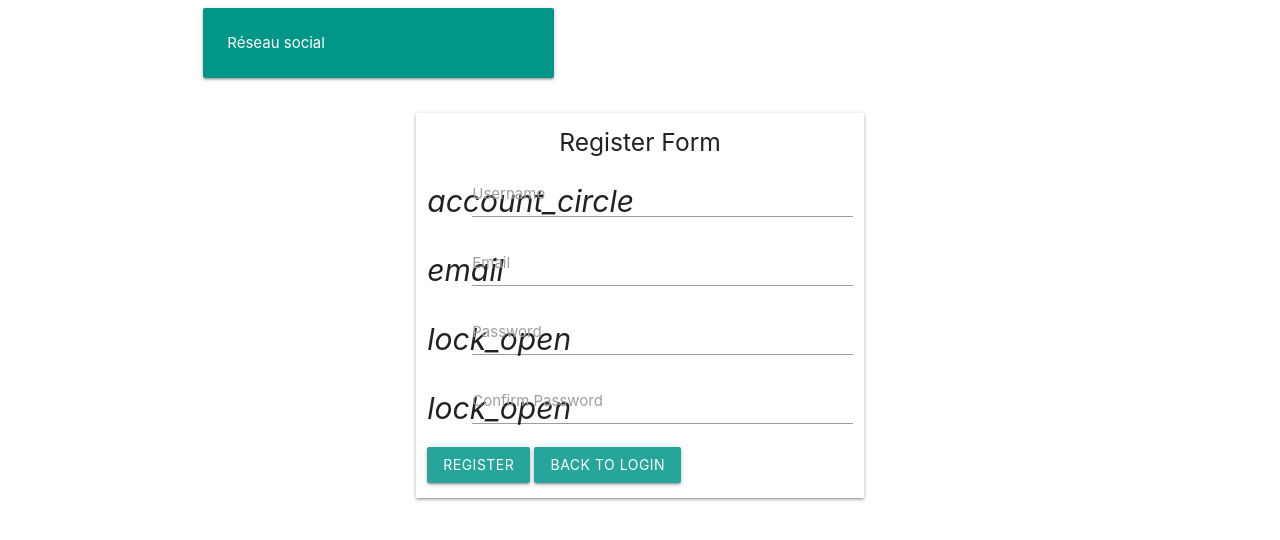
Repository: thdal/Atelier_JEE_16_02
Page: http://localhost/Atelier_JEE_16_02/WEB-INF/pages/connexion/FormRegister.jsp
The author's editor kept a copy of each file at every save. The page is drawn from the files as they stood at one save, then again after the next save.
The browser window is 1280 px wide. The pictures show the whole page.
The page is served by Tomcat 9. Nobody is signed in. The template is opened directly, without the code that normally fills it, so the values that code supplies are empty.

Above is the page before, as saved 2021-02-22 07:13:32.

After the next save:
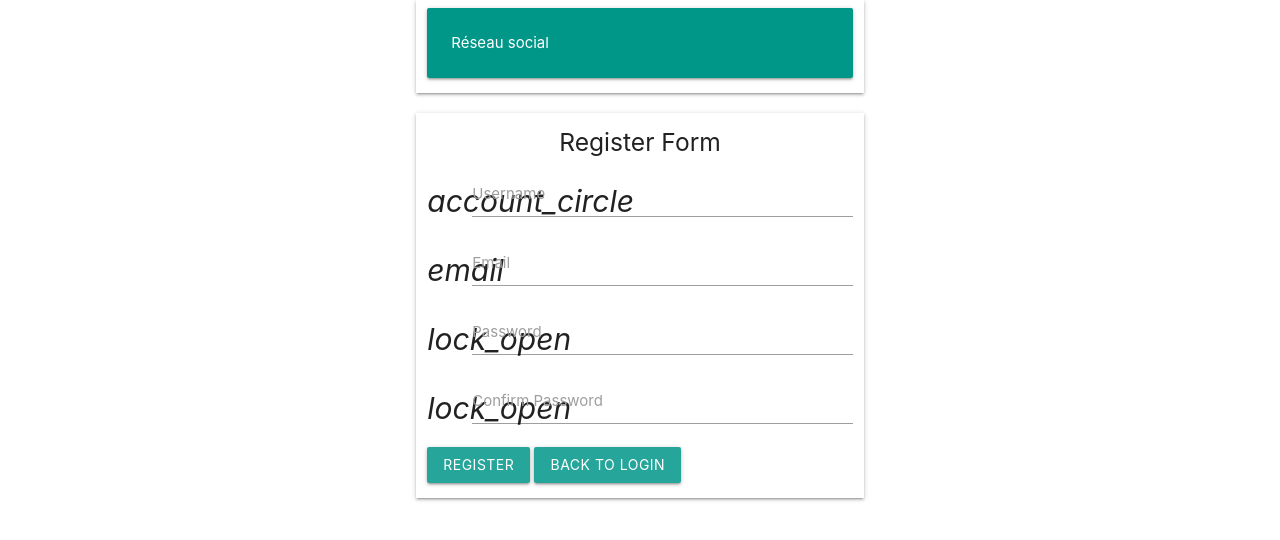
Saved 2 min 20 s later.
--- a/Atelier_JEE_16_02/src/main/webapp/WEB-INF/pages/connexion/FormRegister.jsp
+++ b/Atelier_JEE_16_02/src/main/webapp/WEB-INF/pages/connexion/FormRegister.jsp
@@ -12,7 +12,7 @@
 <div class="container">
 
 	     <div class="row">
-	      <div class="col s12 m5">
+	      <div class="col s6 offset-s3 z-depth-1">
 	        <div class="card-panel teal">
 	          <span class="white-text">Réseau social</span>
 	        </div>
